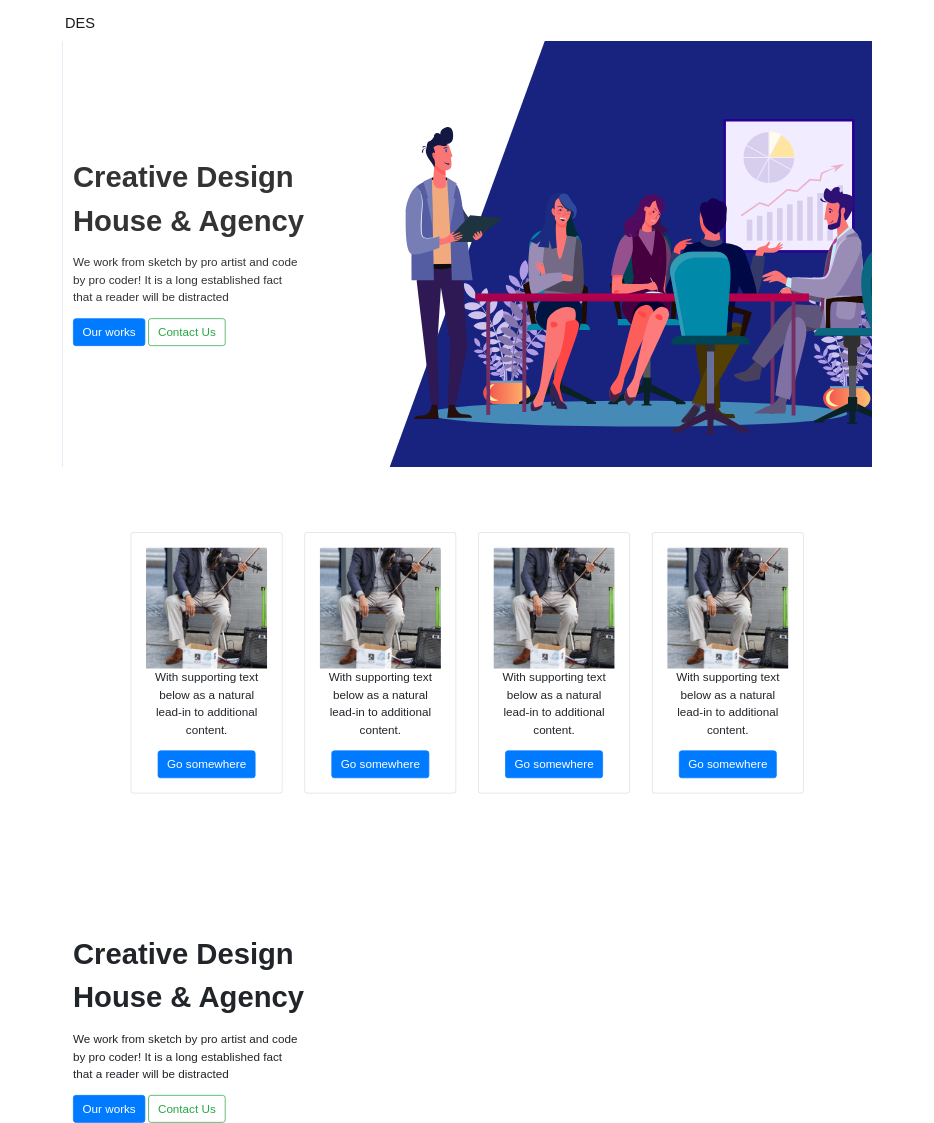
Repository: stephenkayade/Tarm
Page: index.html
An editor plug-in stored every save of this project. The page is shown before and after the next save, followed by the edit.
The browser window is 1280 px wide. The pictures show the whole page, at 73% of full size.

Above is the page before, as saved 2020-05-07 12:14:33.

After the next save:
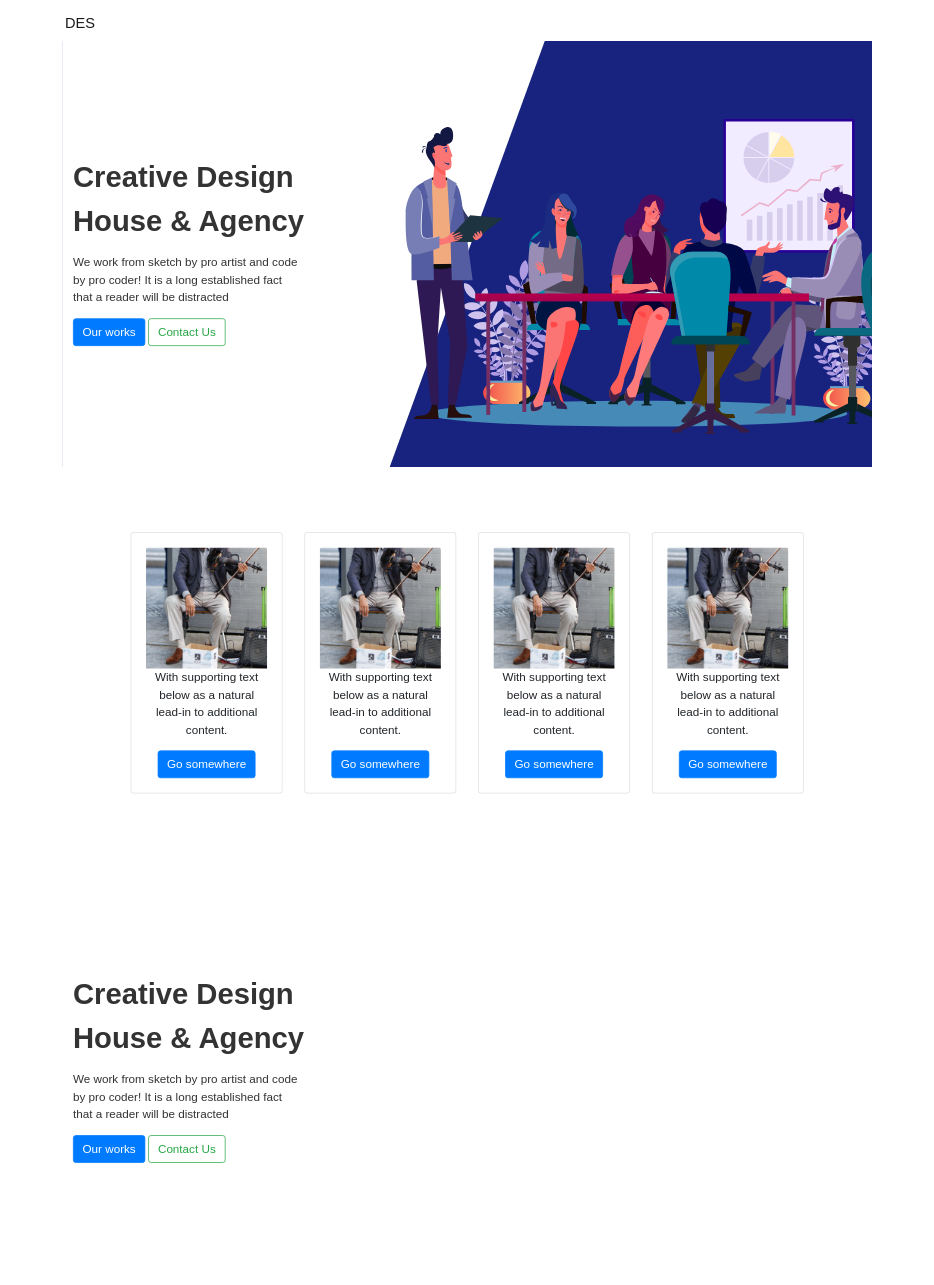
Saved 103 s later.
--- a/css/style.css
+++ b/css/style.css
@@ -43,6 +43,12 @@ body{
 /* ------------banner section-------------------- */
 #banner{
     background: url('/img/adj.svg') no-repeat center center/cover;
+    color: #333;
+    padding-top: 5%;
+    padding-bottom: 15%;
+}
+#CEO{
+    /* background: url('/img/adj.svg') no-repeat center center/cover; */
     color: #333;
     padding-top: 5%;
     padding-bottom: 15%;
